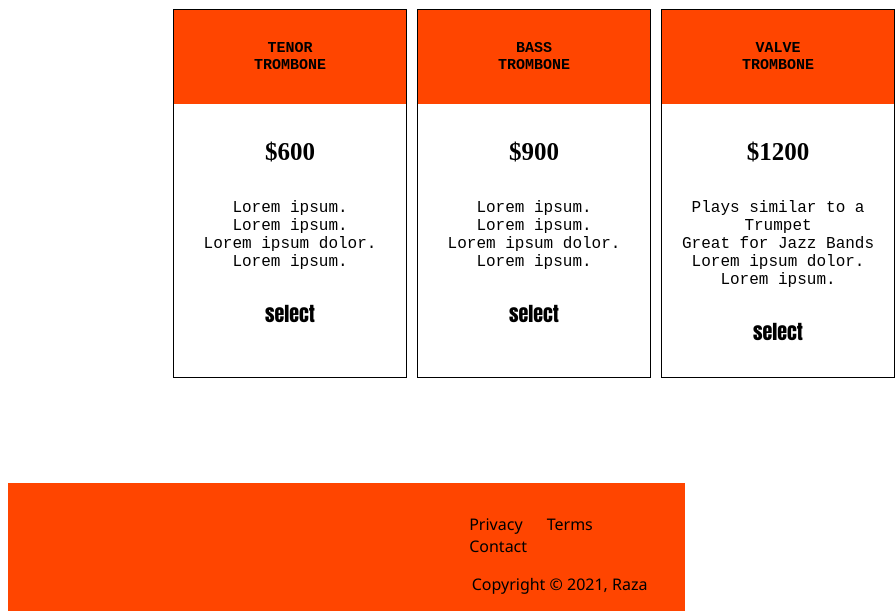
Repository: AbdulWahabRaza123/DeliveryWebPage
Page: index.html
An editor plug-in stored every save of this project. The page is shown before and after the next save, followed by the edit.
The browser window is 768 px wide. The page is 895 px wide, then 885 px, so the pictures cover 895 px, including what lies to the right of the window. The pictures show the part of the page from y = 1329 to 1940 px (the page is 1940 px tall before and 1930 px after).

Above is the page before, as saved 2021-09-12 21:02:58.

After the next save:
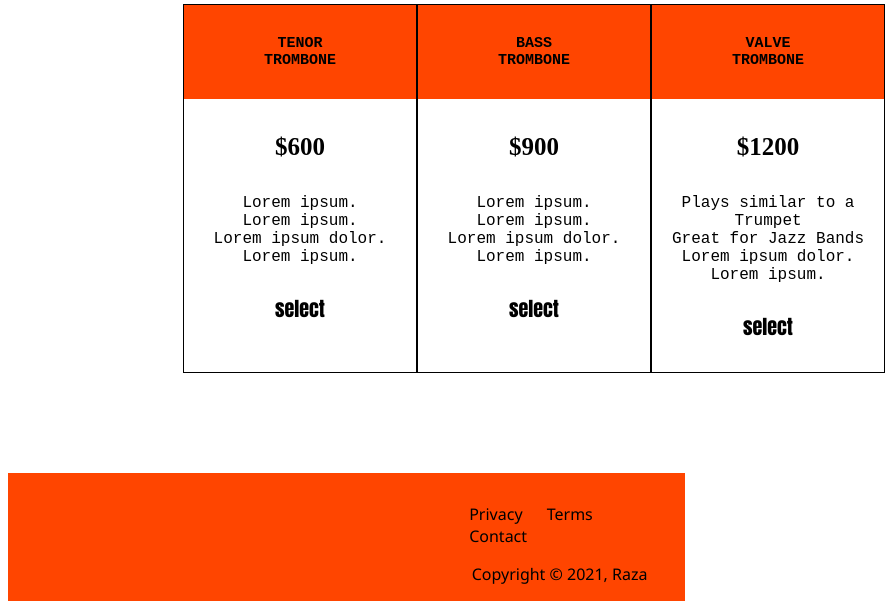
Saved 69 s later.
--- a/new.css
+++ b/new.css
@@ -246,15 +246,12 @@
         margin-left: 300px;
     }
     .price1 {
-        margin: 5px;
-        padding-left: -10px;
+        margin: 0px;
     }
     .price2 {
-        margin: 5px;
-        padding-left: -10px;
+        margin: 0px;
     }
     .price3 {
-        margin: 5px;
-        padding-left: -10px;
-    }
-}
+        margin: 0px;
+    }
+}
